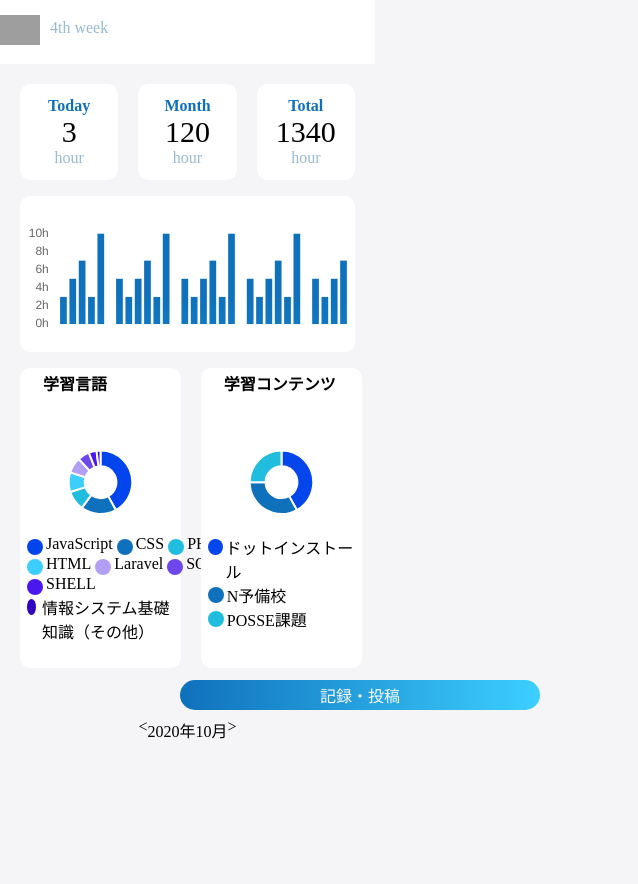
Repository: posse-ap/gen2.0-kamibayasitaito
Page: app/app.html
An editor plug-in stored every save of this project. The page is shown before and after the next save, followed by the edit.
The browser window is 375 px wide. The page is 638 px wide, so the pictures cover 638 px, including what lies to the right of the window. The pictures show the whole page.
Pictures or frames that could not be fetched are drawn as grey boxes. Some web libraries are served in a nearby version.

Above is the page before, as saved 2021-11-26 18:54:37.

After the next save:
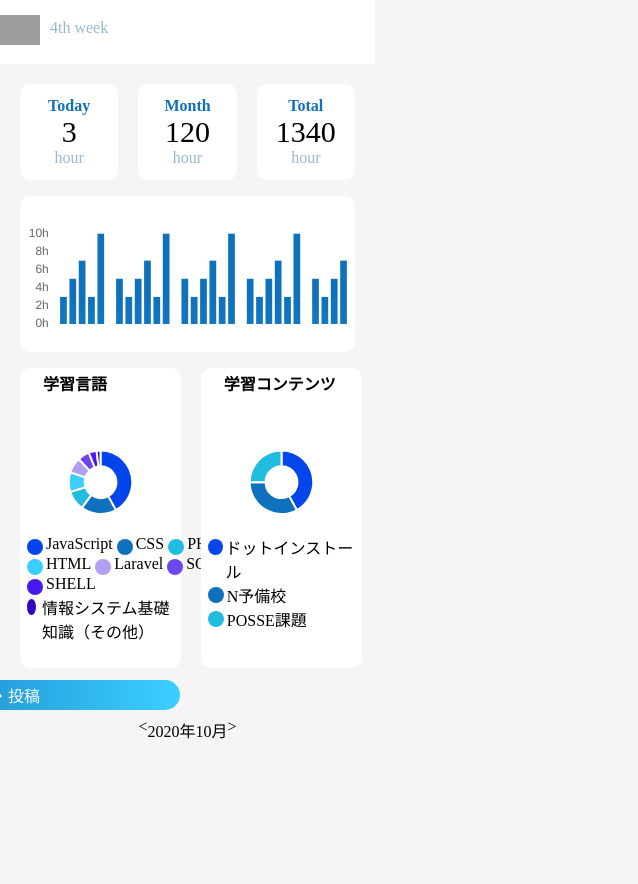
Saved 9 s later.
--- a/app/app_smartphone.css
+++ b/app/app_smartphone.css
@@ -323,7 +323,7 @@
             color: white;
               height: 30px;
               width:360px ;
-              transform: translate(50%);
+              transform: translate(-50%);
              border-radius: 30px;
               background: linear-gradient(to right,#0f71bc,#3ccfff);
               bottom: 90px;
